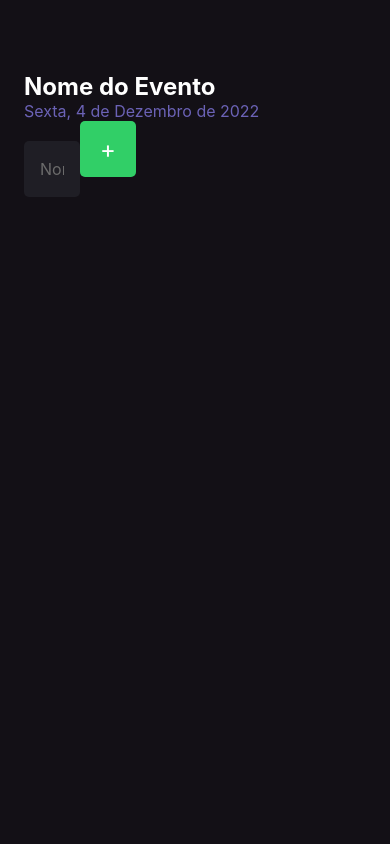
Repository: guilhermecardoso93/reactNative-ignite-imhere
Screen: /
The author's editor kept a copy of each file at every save. The screen is drawn from the files as they stood at one save, then again after the next save.
The app was drawn by React Native's web renderer in a window 390 px wide. The project was rebuilt for these pictures with package versions that can differ from the ones it lists, and the page was loaded fresh each time.

Above is the screen before, as saved 2022-10-02 19:54:09.

### App.tsx
import { Text, View, StyleSheet } from "react-native";
import Home from "./src/screens/Home";

export default function App() {
  return (
    <>
      <Home/>
    </>
  );
}

### src/screens/Home/index.tsx
import { Text, View, TextInput, TouchableOpacity } from "react-native";

import { styles } from "./styles";

export default function Home() {
  function handleAddPArticipant() {
    console.log("ADD part");
  }

  return (
    <View style={styles.container}>
      <Text style={styles.eventName}>Nome do Evento</Text>
      <Text style={styles.eventDate}>Sexta, 4 de Dezembro de 2022</Text>
      <View style={styles.form}>
        <TextInput
          style={styles.eventInput}
          placeholder="Nome do Participante"
          placeholderTextColor="#6b6b6b"
        />
        <TouchableOpacity style={styles.button} onPress={handleAddPArticipant}>
          <Text style={styles.buttonText}>+</Text>
        </TouchableOpacity>
      </View>
    </View>
  );
}

### src/screens/Home/styles.ts
import { StyleSheet } from "react-native";

export const styles = StyleSheet.create({
  container: {
    flex: 1,
    padding: 24,
    backgroundColor: "#131016",
  },
  eventName: {
    color: "#fff",
    fontSize: 24,
    fontWeight: "bold",
    marginTop: 48,
  },
  eventDate: {
    color: "#6b62b6",
    fontSize: 16,
  },

  eventInput: {
    backgroundColor: "#1f1e25",
    color: "#FFF",
    height: 56,
    width: 56,
    borderRadius: 5,
    padding: 16,
    marginTop: 20,
    fontSize: 16,
  },

  button: {
    width: 56,
    height: 56,
    borderRadius: 5,
    backgroundColor: "#31cf67",
    alignItems: "center",
    justifyContent: "center",
  },
  buttonText: {
    color: "#FFF",
    fontSize: 24,
  },
  form: {
    width: "100%",
    flexDirection: "row",
    //justifyContent: "space-between",
  },
});

After the next save:
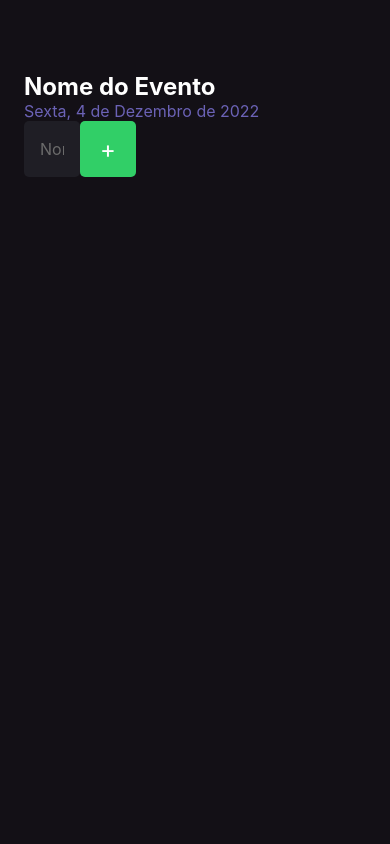
Saved 16 s later.
--- a/src/screens/Home/styles.ts
+++ b/src/screens/Home/styles.ts
@@ -24,7 +24,6 @@ export const styles = StyleSheet.create({
     width: 56,
     borderRadius: 5,
     padding: 16,
-    marginTop: 20,
     fontSize: 16,
   },
 
